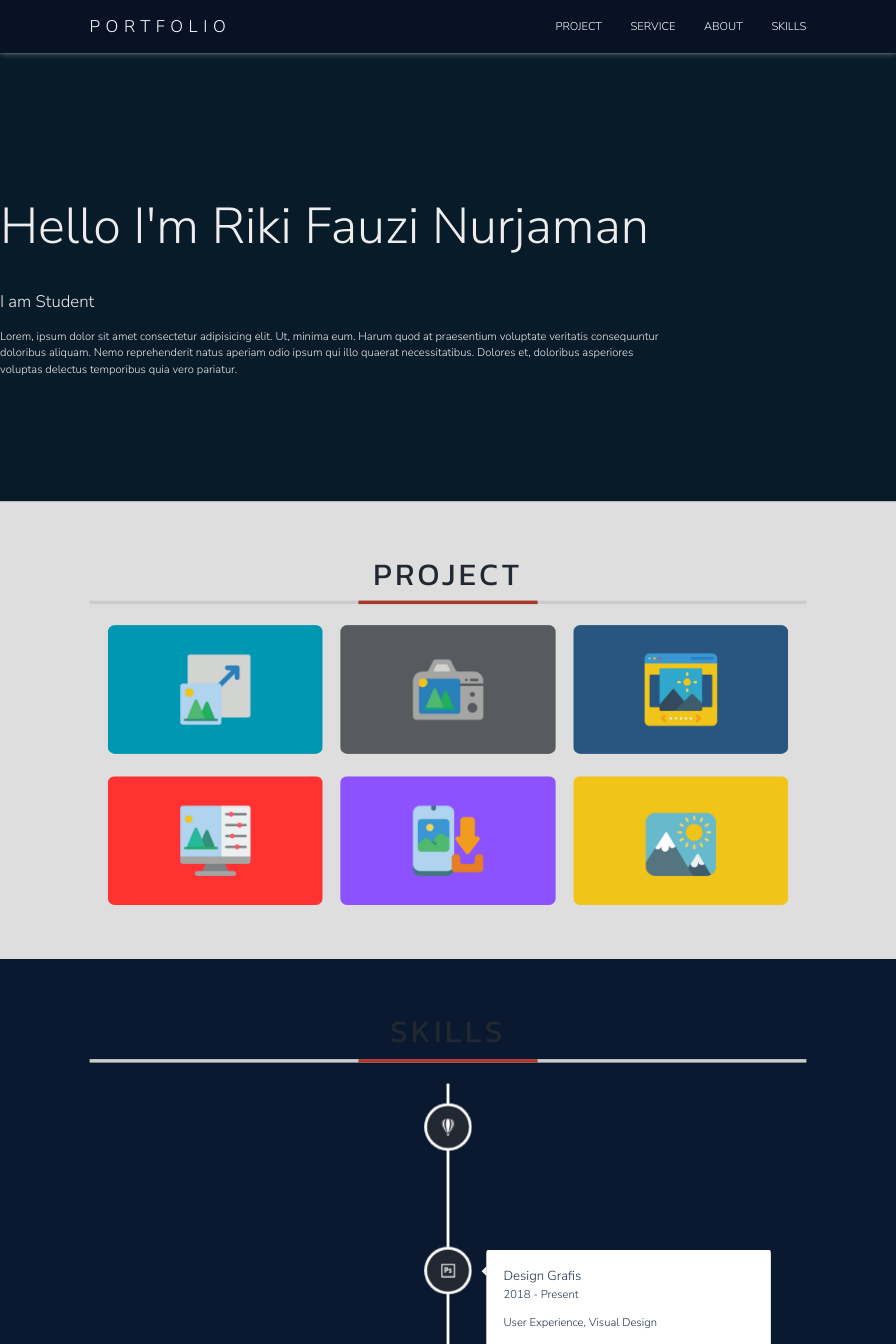
Repository: sellayspy/Portofolio
Page: /
These files come from the project's save history. The page is drawn as it stood at one moment and after the next save; the edit follows.
The browser window is 1280 px wide. The pictures show the part of the page from y = 0 to 1920 px (the page is 3767 px tall before and 3952 px after), at 70% of full size.
The project was rebuilt for these pictures with package versions that can differ from the ones it lists, and the page was loaded fresh each time. Also part of the build but not shown: vite.config.js, src/styles/DetailPortfolio.css, src/components/ScrollToTop.jsx, src/pages/DetailPortfolio.jsx, src/pages/PagesNotFound.jsx.

Above is the page before, as saved 2024-09-15 16:02:16.

### index.html
<!DOCTYPE html>
<html lang="en">
  <head>
    <meta charset="UTF-8" />
    <link rel="icon" type="image/svg+xml" href="/vite.svg" />
    <meta name="viewport" content="width=device-width, initial-scale=1.0" />
    <title>Portofolio RikiFN</title>
  </head>
  <body>
    <div id="root"></div>
    <script type="module" src="/src/main.jsx"></script>
  </body>
</html>

### src/App.jsx
import "./App.css";
import Home from "./pages/Home";
import DetailPortfolio from "./pages/DetailPortfolio";

import { BrowserRouter, Routes, Route } from "react-router-dom";
import PagesNotFound from "./pages/PagesNotFound";

const App = () => {
  return (
    <BrowserRouter>
      <Routes>
        <Route path="/" element={<Home />} />
        <Route path="/portfolio/:id" element={<DetailPortfolio />} />
        <Route path="/pages-not-found" element={<PagesNotFound />} />
        <Route path="*" element={<PagesNotFound />} />
      </Routes>
    </BrowserRouter>
  );
};

export default App;

### src/App.css
/* Global */
@import url("https://fonts.googleapis.com/css2?family=Nunito+Sans:opsz,wght@6..12,300&display=swap");
@import url("https://fonts.googleapis.com/css2?family=Kanit&display=swap");

html,
body {
  margin: 0px;
  padding: 0px;
  font-size: 16px;
  font-family: "Nunito Sans", sans-serif;
  scroll-behavior: smooth;
  background-color: #dedede;
}
.wrapper {
  width: 1024px;
  margin: auto;
  padding: 20px 0px 20px 0px;
}

section {
  padding: 50px 0px 50px 0px;
}

.wrapper > h3,
.wrapper > h1 {
  text-align: center;
  font-size: 2.8rem;
  margin: 0px 0px 30px 0px;
  padding: 0px;
  font-family: "Kanit", sans-serif;
  color: #222831;
  letter-spacing: 5px;
  text-transform: uppercase;
  border-bottom: 5px solid #cccccc;
}
.wrapper > h3::after,
.wrapper > h1::after {
  content: "";
  display: block;
  border-bottom: 5px solid #aa392d;
  width: 25%;
  position: relative;
  bottom: -5px; /* your padding + border-width */
  margin: auto;
}

@media only screen and (max-width: 1000px) {
  .wrapper {
    width: 80%;
  }
}

### src/pages/Home.jsx
import About from "../components/About";
import Experience from "../components/Experience";
import Footer from "../components/Footer";
import Header from "../components/Header";
import Navbar from "../components/Navbar";
import Portfolio from "../components/Portfolio";

function Home() {
  return (
    <>
      <Navbar />
      <Header />
      <Portfolio />
      <Experience />
      <About />
      <Footer />
    </>
  );
}

export default Home;

### src/components/About.jsx
import { FaHtml5 } from "react-icons/fa";
import { IoLogoJavascript } from "react-icons/io";
import { FaCss3 } from "react-icons/fa";
import { FaLaravel } from "react-icons/fa";
import { FaReact } from "react-icons/fa";
import { RiTailwindCssFill } from "react-icons/ri";
import { SiCoreldraw } from "react-icons/si";
import { SiAdobephotoshop } from "react-icons/si";
import "../styles/About.css";

const About = () => {
  return (
    <section id="about">
      <div className="wrapper">
        <h3>About</h3>
        <p>
          Lorem ipsum dolor sit amet consectetur adipisicing elit. Totam magni,
          dolorum, explicabo obcaecati ut impedit officiis quae non natus
          praesentium ex, excepturi asperiores laboriosam distinctio vitae
          cupiditate nulla debitis consectetur?
        </p>
        <p>
          Lorem ipsum dolor sit amet consectetur, adipisicing elit. Corporis,
          similique.
        </p>
        <p>Lorem ipsum dolor sit amet.</p>
        <h4>Programing Language & Tools</h4>
        <div className="skills">
          <FaHtml5 />
          <FaCss3 />
          <IoLogoJavascript />
          <RiTailwindCssFill />
          <FaLaravel />
          <FaReact />
          <SiCoreldraw />
          <SiAdobephotoshop />
        </div>
      </div>
    </section>
  );
};

export default About;

### src/components/Experience.jsx
import {
  VerticalTimeline,
  VerticalTimelineElement,
} from "react-vertical-timeline-component";
import "react-vertical-timeline-component/style.min.css";
import { SiNestjs } from "react-icons/si";
import { FaLaravel } from "react-icons/fa";
import { RiReactjsLine } from "react-icons/ri";
import { RiNextjsFill } from "react-icons/ri";
import { FaJava } from "react-icons/fa";
import { SiCoreldraw } from "react-icons/si";
import { DiPhotoshop } from "react-icons/di";
import "../styles/Experience.css";
const Experience = () => {
  return (
    <section id="experience">
      <div className="wrapper">
        <h3>Skills</h3>

        <VerticalTimeline>
          <VerticalTimelineElement
            className="vertical-timeline-element--work"
            iconStyle={{ background: "#222831", color: "#fff" }}
            icon={<SiCoreldraw />}
          >
            <h3 className="vertical-timeline-element-title">Design Grafis</h3>
            <h4 className="vertical-timeline-element-subtitle">
              2018 - Present
            </h4>
            <p>User Experience, Visual Design</p>
          </VerticalTimelineElement>
          <VerticalTimelineElement
            className="vertical-timeline-element--work"
            iconStyle={{ background: "#222831", color: "#fff" }}
            icon={<DiPhotoshop />}
          >
            <h3 className="vertical-timeline-element-title">Design Grafis</h3>
            <h4 className="vertical-timeline-element-subtitle">
              2018 - Present
            </h4>
            <p>User Experience, Visual Design</p>
          </VerticalTimelineElement>
          <VerticalTimelineElement
            className="vertical-timeline-element--work"
            iconStyle={{ background: "#222831", color: "#fff" }}
            icon={<RiReactjsLine />}
          >
            <h3 className="vertical-timeline-element-title">Web Development</h3>
            <h4 className="vertical-timeline-element-subtitle">
              2018 - Present
            </h4>
            <p>User Experience, Visual Design</p>
          </VerticalTimelineElement>
          <VerticalTimelineElement
            className="vertical-timeline-element--work"
            date="2024 - present"
            iconStyle={{ background: "#222831", color: "#fff" }}
            icon={<RiNextjsFill />}
          >
            <h3 className="vertical-timeline-element-title">Web Designer</h3>
            <h4 className="vertical-timeline-element-subtitle">
              Los Angeles, CA
            </h4>
            <p>User Experience, Visual Design</p>
          </VerticalTimelineElement>
          <VerticalTimelineElement
            className="vertical-timeline-element--work"
            date="2024 - present"
            iconStyle={{ background: "#222831", color: "#fff" }}
            icon={<FaJava />}
          >
            <h3 className="vertical-timeline-element-title">Web Designer</h3>
            <h4 className="vertical-timeline-element-subtitle">
              Los Angeles, CA
            </h4>
            <p>User Experience, Visual Design</p>
          </VerticalTimelineElement>
          <VerticalTimelineElement
            className="vertical-timeline-element--work"
            date="2024 - present"
            iconStyle={{ background: "#222831", color: "#fff" }}
            icon={<SiCoreldraw />}
          >
            <h3 className="vertical-timeline-element-title">Web Designer</h3>
            <h4 className="vertical-timeline-element-subtitle">
              Los Angeles, CA
            </h4>
            <p>User Experience, Visual Design</p>
          </VerticalTimelineElement>
          <VerticalTimelineElement
            className="vertical-timeline-element--work"
            date="2024 - present"
            iconStyle={{ background: "#222831", color: "#fff" }}
            icon={<DiPhotoshop />}
          >
            <h3 className="vertical-timeline-element-title">Web Designer</h3>
            <h4 className="vertical-timeline-element-subtitle">
              Los Angeles, CA
            </h4>
            <p>User Experience, Visual Design</p>
          </VerticalTimelineElement>
        </VerticalTimeline>
      </div>
    </section>
  );
};

export default Experience;

### src/components/Footer.jsx
import "../styles/Footer.css";

const Footer = () => {
  return <footer>&copy; 2024. Riki Fauzia Nurjaman</footer>;
};

export default Footer;

### src/components/Header.jsx
import profilePicture from "../assets/test.png";
import { FaInstagram } from "react-icons/fa";
import { FaTiktok } from "react-icons/fa";
import { SiFiverr } from "react-icons/si";
import "../styles/Header.css";
const Header = () => {
  return (
    <header>
      <div className="header-jumbotron">
        <h1>Hello I'm Riki Fauzi Nurjaman</h1>
        <h2>
          I am <span className="type-animation">Student</span>
        </h2>
        <p>
          Lorem, ipsum dolor sit amet consectetur adipisicing elit. Ut, minima
          eum. Harum quod at praesentium voluptate veritatis consequuntur
          doloribus aliquam. Nemo reprehenderit natus aperiam odio ipsum qui
          illo quaerat necessitatibus. Dolores et, doloribus asperiores voluptas
          delectus temporibus quia vero pariatur.
        </p>
        {/* <div className="socialMedia">
          <a href="https://www.instagram.com/rikifauzianurjaman/">
            <FaInstagram />
          </a>
          <a href="https://www.tiktok.com/@officialspylike">
            <FaTiktok />
          </a>
          <a href="https://www.fiverr.com/rikifauzianurja">
            <SiFiverr />
          </a>
        </div> */}
      </div>
    </header>
  );
};

export default Header;

### src/components/Navbar.jsx
import { FaBars } from "react-icons/fa6";
import { IoClose } from "react-icons/io5";
import "../styles/Navbar.css";
import { useState } from "react";
import { HashLink } from "react-router-hash-link";
import { Link } from "react-router-dom";

const Navbar = () => {
  const [statusTampil, setStatusTampil] = useState("");

  const tampilMenu = () => {
    if (statusTampil == "") {
      setStatusTampil("tampil");
    } else {
      setStatusTampil("");
    }
  };
  return (
    <nav>
      <div className="wrapper">
        <div className="logo">
          <Link to="/">Portfolio</Link>
        </div>
        <button onClick={tampilMenu}>
          {statusTampil == "" ? <FaBars /> : <IoClose />}
        </button>
        <div className={`menu ${statusTampil}`} onClick={tampilMenu}>
          <ul>
            <li>
              <HashLink to="/#portfolio">Project</HashLink>
            </li>
            <li>
              <HashLink to="/#contact">Service</HashLink>
            </li>
            <li>
              <HashLink to="/#about">About</HashLink>
            </li>
            <li>
              <HashLink to="/#experience">Skills</HashLink>
            </li>
          </ul>
        </div>
      </div>
    </nav>
  );
};

export default Navbar;

### src/components/Portfolio.jsx
import { portfolioList } from "../data/DataPortfolio";

import { Link } from "react-router-dom";

import "../styles/Portfolio.css";

const Portfolio = () => {
  return (
    <section id="portfolio">
      <div className="wrapper">
        <h3>Project</h3>
        <div className="grid">
          {portfolioList.map((item) => {
            return (
              <div className="item" key={item.id}>
                <Link to={`/portfolio/${item.id}`}>
                  <img src={item.image} />
                </Link>
              </div>
            );
          })}
        </div>
      </div>
    </section>
  );
};

export default Portfolio;

### src/data/DataPortfolio.jsx
import portfolio1 from "../assets/portfolio1.png";
import portfolio2 from "../assets/portfolio2.png";
import portfolio3 from "../assets/portfolio3.png";
import portfolio4 from "../assets/portfolio4.png";
import portfolio5 from "../assets/portfolio5.png";
import portfolio6 from "../assets/portfolio6.png";

export const portfolioList = [
  {
    id: "1",
    title: "Website Portofolio",
    image: portfolio1,
    skill: "html, css, javascript",
  },
  {
    id: "2",
    title: "Website Portofolio2",
    image: portfolio2,
    skill: "laravel, react, api, typescript, tailwind",
  },
  {
    id: "3",
    title: "Website Portofolio3",
    image: portfolio3,
    skill: "react, javascript, css, html",
  },
  {
    id: "4",
    title: "Website Portofolio4",
    image: portfolio4,
    skill: "reactjs, typescript, tailwind, nodejs",
  },
  {
    id: "5",
    title: "Desain Grafis Portofolio",
    image: portfolio5,
    skill: "adobephotoshop, coreldraw",
  },
  {
    id: "6",
    title: "Desain Grafis Portofolio2",
    image: portfolio6,
    skill: "adobephotoshop, coreldraw",
  },
];

### src/styles/About.css
#about {
  background-color: #eaedef;
  position: relative;
  font-size: 1.2rem;
}
#about > .wrapper {
  margin: auto;
  width: 50%;
}
#about > .wrapper > h3 {
  text-align: center;
  font-size: 2.8rem;
  margin: 0px 0px 30px 0px;
  padding: 0px;
  font-family: "Kanit", sans-serif;
  color: #333;
  letter-spacing: 5px;
  text-transform: uppercase;
}
#about > .wrapper > p {
  text-align: center;
}

#about > .wrapper > h4 {
  text-align: center;
  font-size: 1.4rem;
  margin: 0px 0px 20px 0px;
  padding: 0px;
  font-family: "Kanit", sans-serif;
  letter-spacing: 5px;
  color: #333;
}
.skills {
  text-align: center;
}
.skills > svg {
  display: inline-block;
  color: #74797e;
  width: 50px;
  height: auto;
  margin: 10px;
  cursor: pointer;
}

.skills > svg:hover {
  color: #aa392d;
}

@media only screen and (max-width: 1000px) {
  #about > .wrapper {
    width: 80%;
  }
}

### src/styles/Experience.css
#experience {
  background-color: #0a192f;
  position: relative;
}

### src/styles/Footer.css
footer {
  background-color: #39404a;
  text-align: center;
  line-height: 100px;
  color: #fff;
  letter-spacing: 5px;
}

### src/styles/Header.css
:root {
  --bg-color: #081b29;
  --second-bg-color: #112e43;
  --text-color: #ededed;
  --main-color: #00abf0;
}

header {
  background-color: var(--bg-color);
  color: var(--text-color);
  padding: 0;
}

.header-jumbotron {
  width: 60rem;
  padding: 10rem 0;
}

.header-jumbotron h1 {
  font-size: 4.5rem;
}

/* .header-jumbotron > img {
  width: 280px;
  border: 5px solid skyblue;
  border-radius: 100%;
  box-shadow: 0px 0px 20px rgba(255, 255, 255, 0.5);
}

.header-jumbotron > .header-text > .animated-tex {
  color: #fff;
  margin: 20px 0px 0px 0px;
  padding: 0px;
  font-size: 2.5rem;
}

.animated-tex span {
  position: relative;
}

.animated-tex span::before {
  content: "Student";
  background: linear-gradient(270deg, #df8908 10%, #b415ff 100%);
  background-clip: text;
  -webkit-background-clip: text;
  -webkit-text-fill-color: transparent;
  animation: words 20s infinite;
}

.animated-tex span::after {
  content: "";
  position: absolute;
  width: calc(100% + 8px);
  height: 100%;
  background-color: #0a192f;
  border-left: 2px solid #e03fd8;
  right: -2px;
  animation: cursor 0.8s infinite, typing 20s steps(14) infinite;
}
@keyframes cursor {
  to {
    border-left: 2px solid #fff;
  }
}
@keyframes words {
  0%,
  34% {
    content: "Programmer";
  }
  25%,
  68% {
    content: "Designer";
  }
  69%,
  100% {
    content: "Gamer";
  }
}
@keyframes typing {
  10%,
  15%,
  30%,
  35%,
  50%,
  55%,
  70%,
  75%,
  90%,
  95% {
    width: 0;
  }
  5%,
  20%,
  25%,
  40%,
  45%,
  60%,
  65%,
  80%,
  85% {
    width: calc(100% + 8px);
  }
}

.header-jumbotron > .header-text > h3 {
  position: relative;
  color: #0e3742;
  margin: 10px 0px 0px 0px;
  padding: 0px;
  font-size: 3.5rem;
  text-transform: uppercase;
  line-height: 0.7em;
  outline: none;
  animation: animate 5s linear forwards;
}

@keyframes animate {
  0% {
    color: #0e3742;
    text-shadow: none;
  }
  100% {
    color: #fff;
    text-shadow: 0 0 10px #03bcf4, 0 0 20px #03bcf4, 0 0 40px #03bcf4,
      0 0 80px #03bcf4, 0 0 160px #03bcf4;
  }
}

.header-jumbotron > .header-text > p {
  padding: 15px;
  margin: 0px 5px 20px 5px;
  color: #fff;
  font-size: 1.2rem;
}
.socialMedia {
  color: #fff;
  display: flex;
  gap: 20px;
}

.socialMedia > a {
  background-color: #222831;
  color: #fff;
  width: 80px;
  height: 80px;
  border-radius: 50%;
  display: flex;
  justify-content: center;
  align-items: center;
  transition: transform 0.3s ease-in-out;
}
.socialMedia > a > svg {
  height: 30px;
  width: auto;
}
.socialMedia > a:hover {
  background-color: #aa392d;
  box-shadow: 0px 0px 10px rgba(255, 255, 255, 0.5);
  transform: scale(1.2);
}

@media only screen and (max-width: 1000px) {
  .socialMedia > a {
    width: 60px;
    height: 60px;
  }

  .socialMedia > a > svg {
    height: 30px;
    width: auto;
  }
} */

### src/styles/Navbar.css
nav {
  background-color: #081225;
  color: #fff;
  position: sticky;
  top: 0;
  z-index: 100;
  text-transform: uppercase;
  box-shadow: 0px 0px 10px rgba(255, 255, 255, 0.5);
}
nav > .wrapper {
  display: flex;
  justify-content: space-between;
  align-items: center;
}

.menu {
  width: 35%;
}

.logo {
  display: flex;
  align-items: center;
}
.logo > a {
  color: #fff;
  text-decoration: none;
  font-size: 1.5rem;
  font-weight: 900;
  letter-spacing: 8px;
}
.menu > ul {
  display: flex;
  list-style-type: none;
  margin: 0px;
  padding: 0px;
  justify-content: space-between;
  font-weight: bold;
}

.menu > ul > li > a {
  position: relative;
  text-decoration: none;
  color: #fff;
}

.menu > ul > li > a::before {
  content: "";
  position: absolute;
  top: 100%;
  left: 0;
  width: 0;
  height: 2px;
  background: yellow;
  transition: 0.3s;
}

.menu > ul > li > a:hover::before {
  width: 100%;
}

nav > .wrapper > button {
  cursor: pointer;
  display: none;
  position: absolute;
  right: 10px;
  top: 10px;
  border: 0px;
  background-color: transparent;
  padding: 0px;
}
nav > .wrapper > button > svg {
  color: #fff;
  font-size: 50px;
}
@media only screen and (max-width: 1000px) {
  .menu > ul {
    display: none;
  }
  .menu.tampil > ul {
    display: inline;
  }
  .menu {
    text-align: right;
  }
  nav > .wrapper > button {
    display: inline;
  }
  .menu > ul {
    flex-direction: column;
    background-color: #060d1c;
    width: 100%;
    position: fixed;
    top: 70px;
    left: 0;
  }
  .menu > ul > li {
    text-align: left;
    cursor: pointer;
  }
  .menu > ul > li > a {
    display: inline-block;
    padding: 15px 20px 15px 50px;
    width: 100%;
  }
  .menu > ul > li > a:hover {
    background-color: #000;
  }
}

### src/styles/Portfolio.css
.grid {
  display: grid;
  grid-template-columns: 30% 30% 30%;
  grid-gap: 25px;
  justify-content: center;
}

.grid > .item > a > img {
  width: 100%;
  border-radius: 10px;
}

@media only screen and (max-width: 1000px) {
  .grid {
    grid-template-columns: 45% 45%;
  }
}

Loaded but not shown: src/main.jsx (common file); src/index.css (common file)

After the next save:
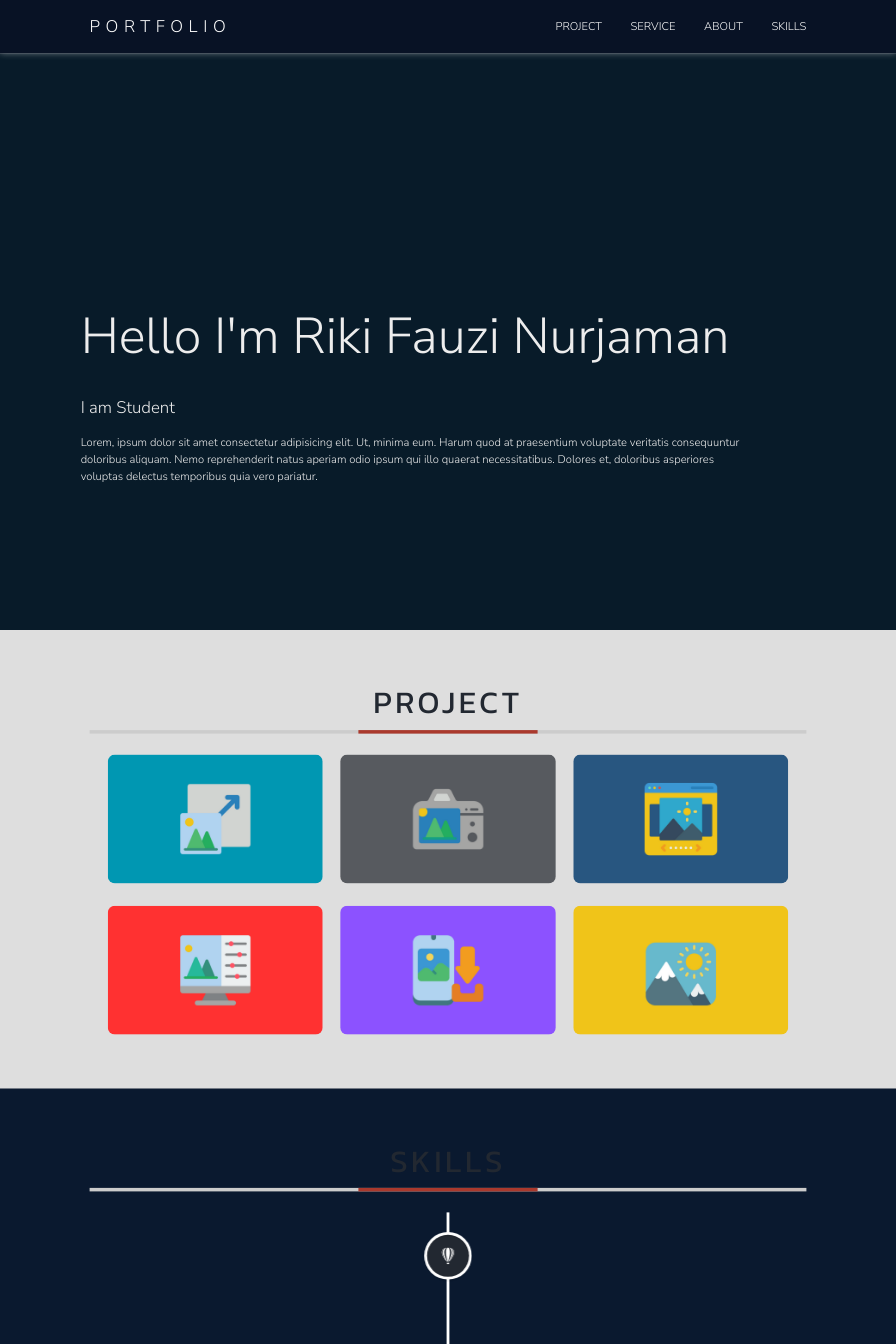
Saved 12 s later.
--- a/src/styles/Header.css
+++ b/src/styles/Header.css
@@ -8,7 +8,7 @@
 header {
   background-color: var(--bg-color);
   color: var(--text-color);
-  padding: 0;
+  padding: 10rem 9% 2rem;
 }
 
 .header-jumbotron {
@@ -18,6 +18,7 @@ header {
 
 .header-jumbotron h1 {
   font-size: 4.5rem;
+  line-height: 1;
 }
 
 /* .header-jumbotron > img {
